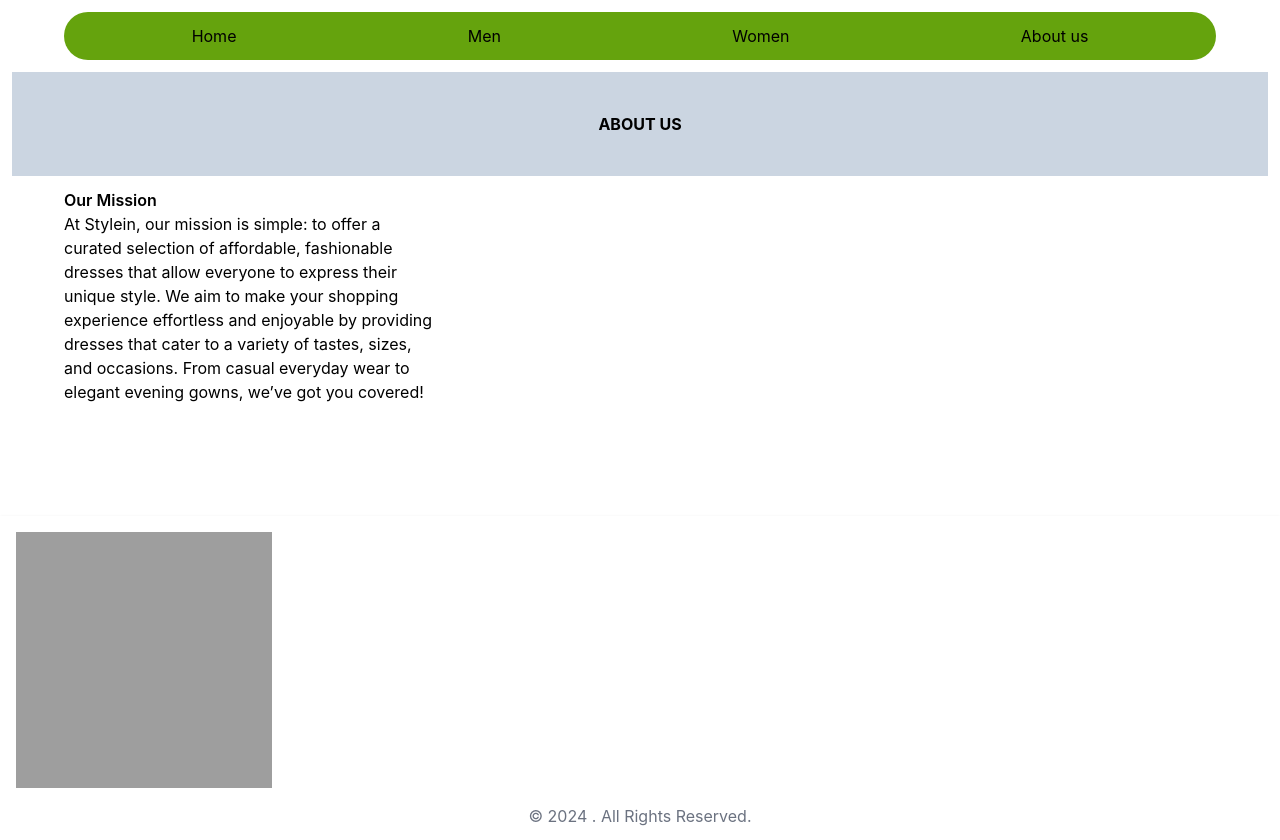
Repository: Mohankkanth/StyleIn_ShoppingSite
Page: /AboutUs
An editor plug-in stored every save of this project. The page is shown before and after a run of saves, followed by the edit.
The browser window is 1280 px wide. The pictures show the whole page.
Pictures or frames that could not be fetched are drawn as grey boxes. The project was rebuilt for these pictures with package versions that can differ from the ones it lists, and the page was loaded fresh each time. Also part of the build but not shown: vite.config.js, src/component/Home/Home.jsx, src/component/api/MenProducts.jsx, src/component/Men/Men.jsx, src/component/Women/Women.jsx, src/component/api/KidsProducts.jsx, src/component/Kids/Kids.jsx, src/component/Errorpage/Errorpage.jsx and 18 more.

Above is the page before, as saved 2024-11-23 13:58:24.

After the next 3 saves:
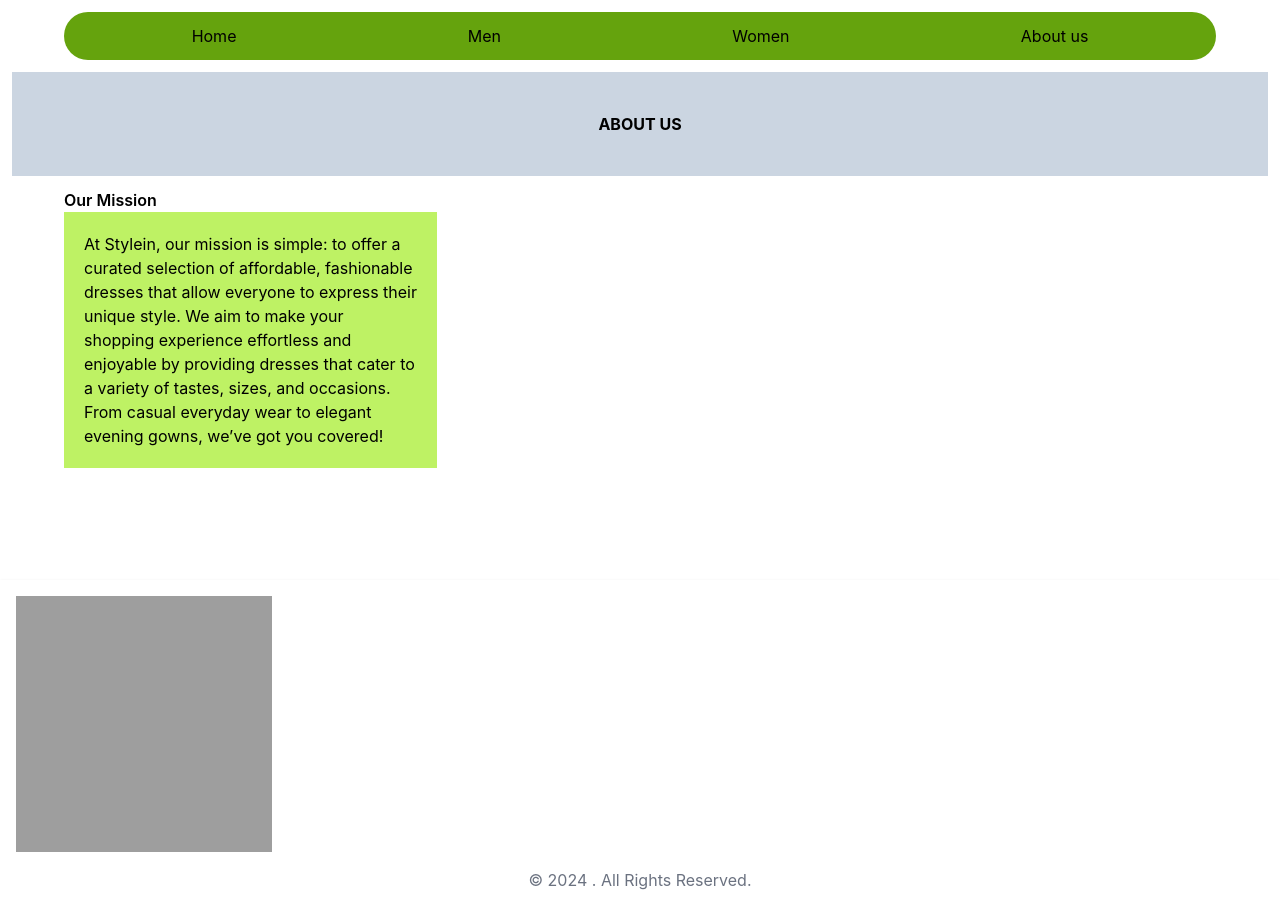
The 3 saves are shown as one change because they came seconds apart.
The last was saved 9 s later.
--- a/src/component/AboutUs/Aboutus.jsx
+++ b/src/component/AboutUs/Aboutus.jsx
@@ -10,7 +10,7 @@
                 <div className=" w-[90%]  mx-auto grid grid-cols-2 md:grid-cols-3 gap-4 ">
                     <div>
                         <p className='font-semibold text-justify '>Our Mission</p>
-                        <p className=''>At Stylein, our mission is simple: to offer a curated selection of affordable, fashionable dresses that allow everyone to express their unique style. We aim to make your shopping experience effortless and enjoyable by providing dresses that cater to a variety of tastes, sizes, and occasions. From casual everyday wear to elegant evening gowns, we’ve got you covered!</p>
+                        <p className='bg-lime-300 p-5'>At Stylein, our mission is simple: to offer a curated selection of affordable, fashionable dresses that allow everyone to express their unique style. We aim to make your shopping experience effortless and enjoyable by providing dresses that cater to a variety of tastes, sizes, and occasions. From casual everyday wear to elegant evening gowns, we’ve got you covered!</p>
                     </div>
                 </div>
             </div>
